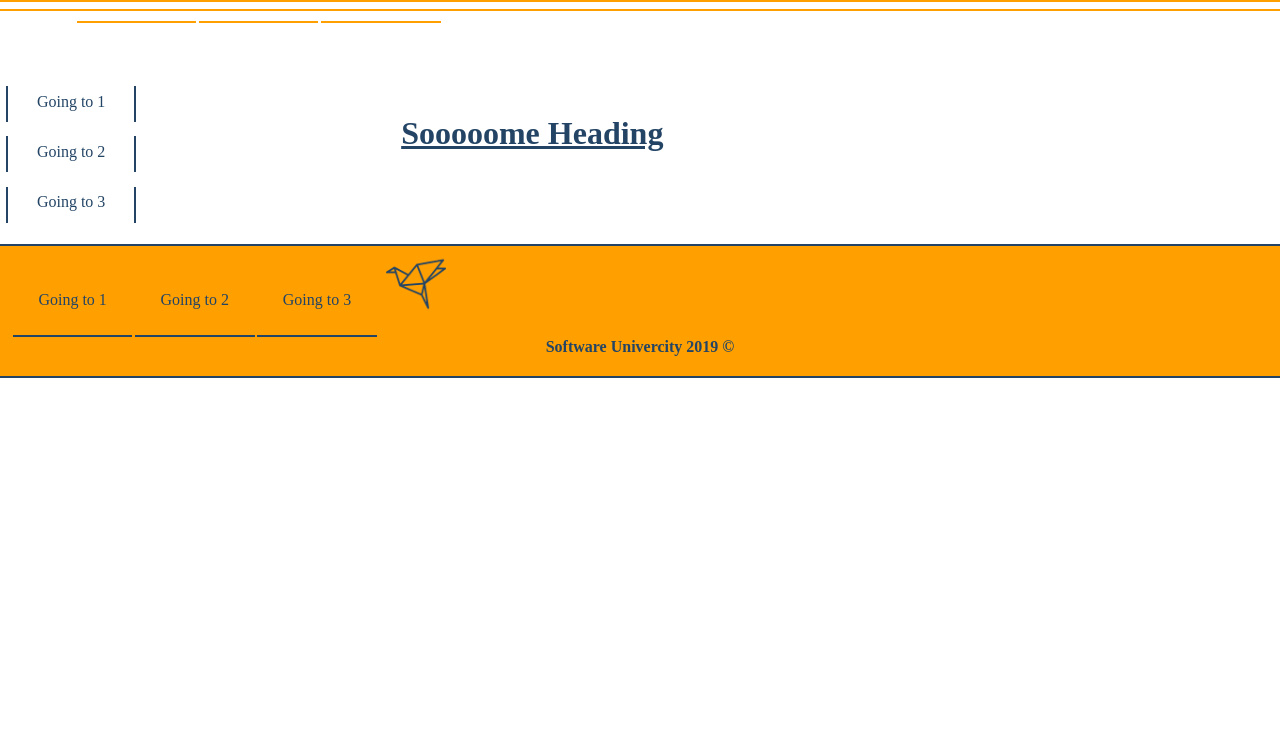
Repository: vsterev/origami
Page: /
An editor plug-in stored every save of this project. The page is shown before and after the next save, followed by the edit.
The browser window is 1280 px wide. The pictures show the whole page.
The project was rebuilt for these pictures with package versions that can differ from the ones it lists, and the page was loaded fresh each time.

Above is the page before, as saved 2020-07-12 15:42:17.

After the next save:
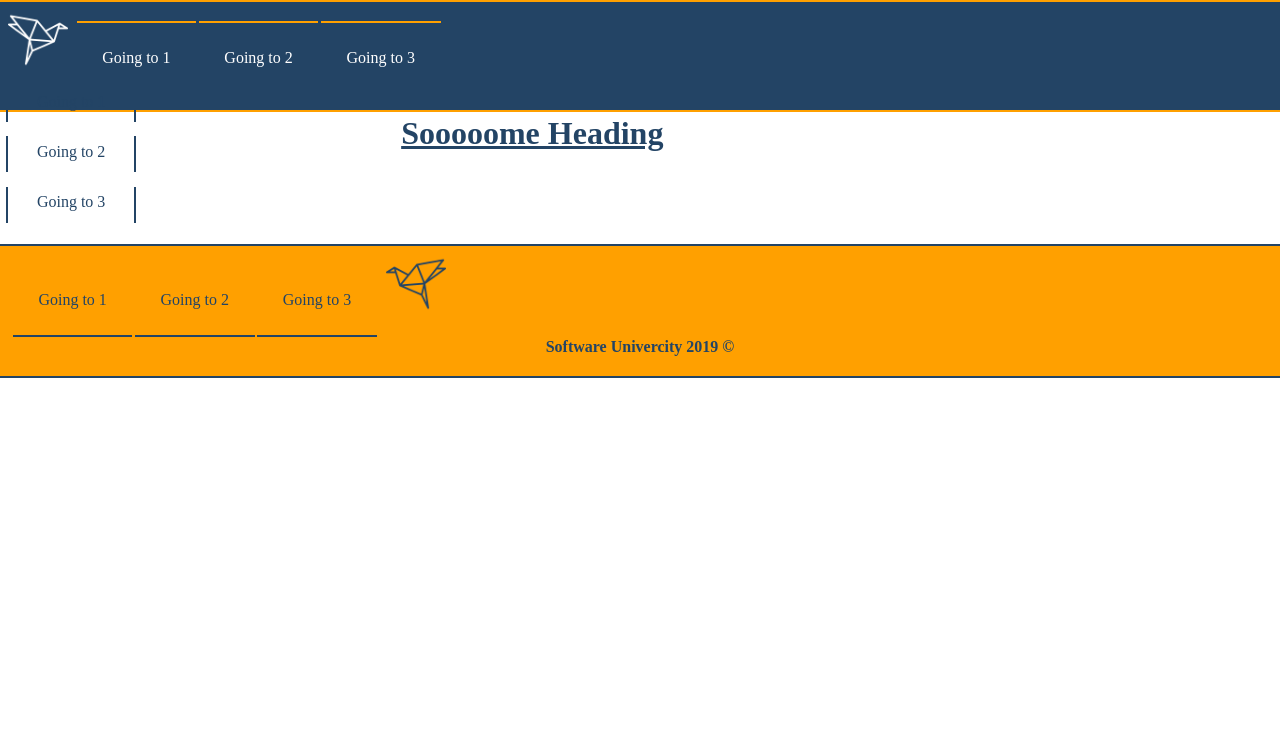
Saved 11 s later.
--- a/src/components/header/styles.css
+++ b/src/components/header/styles.css
@@ -1,6 +1,6 @@
 .Navigation {
     width: 100%;
-    height: 1vh;5
+    height: 15vh;
     background-color: #234465;
     color: white;
     position: fixed;
